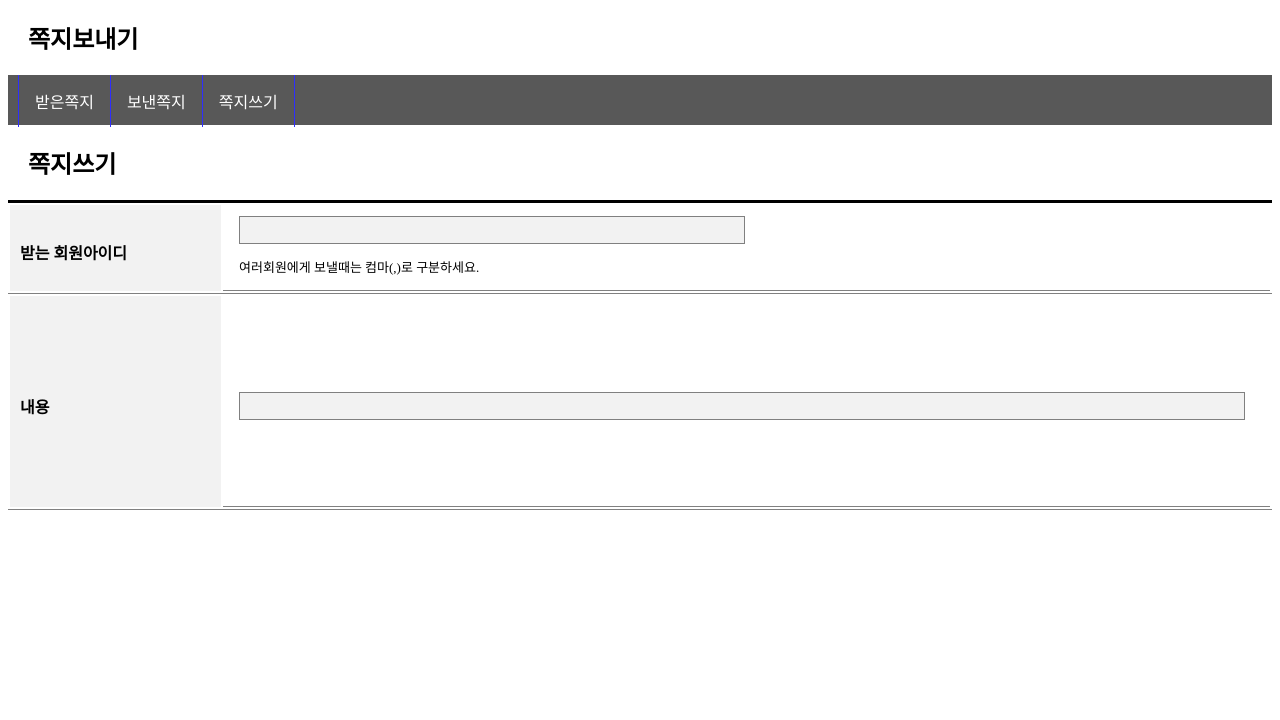
Repository: ks12b0000/JSP-School-Class
Page: chap10_JSP/src/main/webapp/Test/sendMessage.html
An editor plug-in stored every save of this project. The page is shown before and after the next save, followed by the edit.
The browser window is 1280 px wide. The pictures show the whole page.

Above is the page before, as saved 2022-06-04 11:34:03.

After the next save:
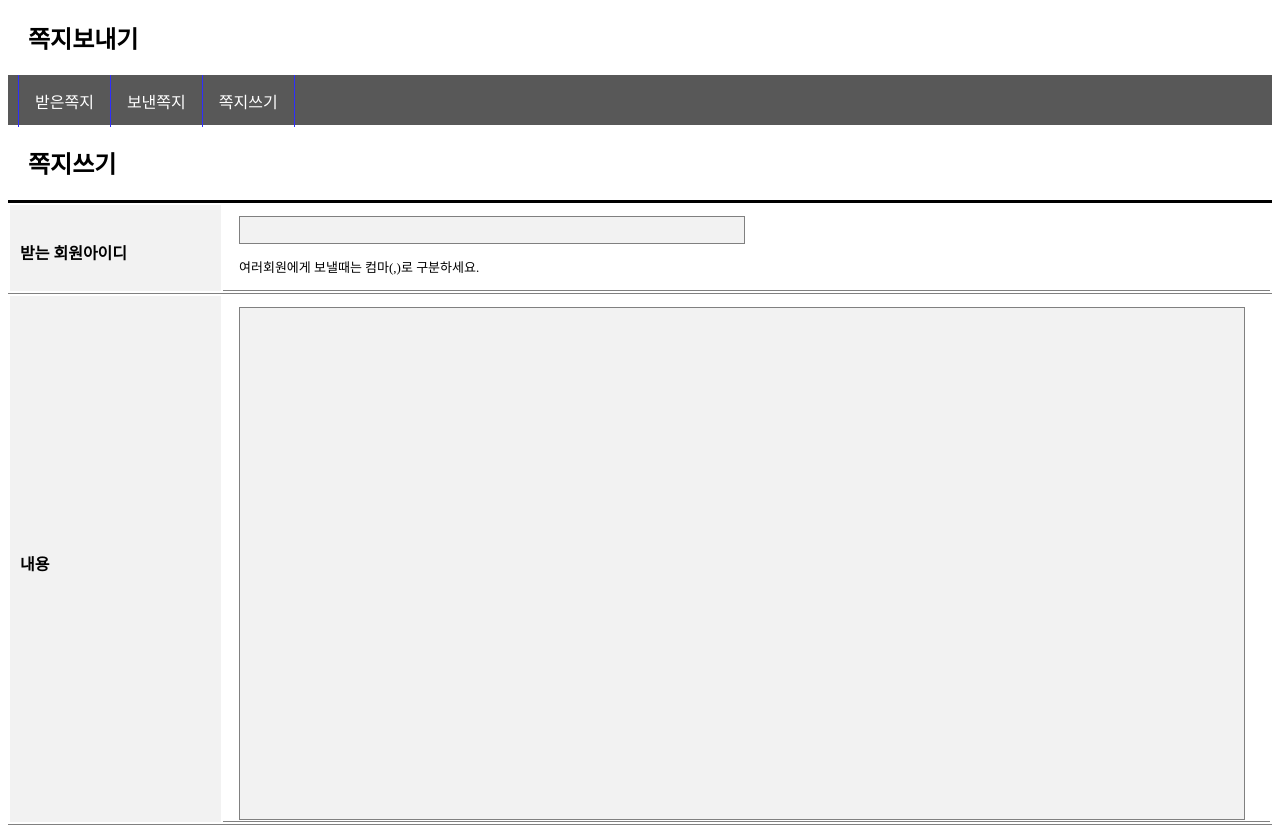
Saved 6 s later.
--- a/chap10_JSP/src/main/webapp/Test/loginWrite.css
+++ b/chap10_JSP/src/main/webapp/Test/loginWrite.css
@@ -279,6 +279,6 @@
 		padding-top: 10px;
 		border: 1px solid gray;
 		width: 1000px;
-		he
-		text-align: left;
-	}
+		height: 500px;
+		text-align: left;
+	}
